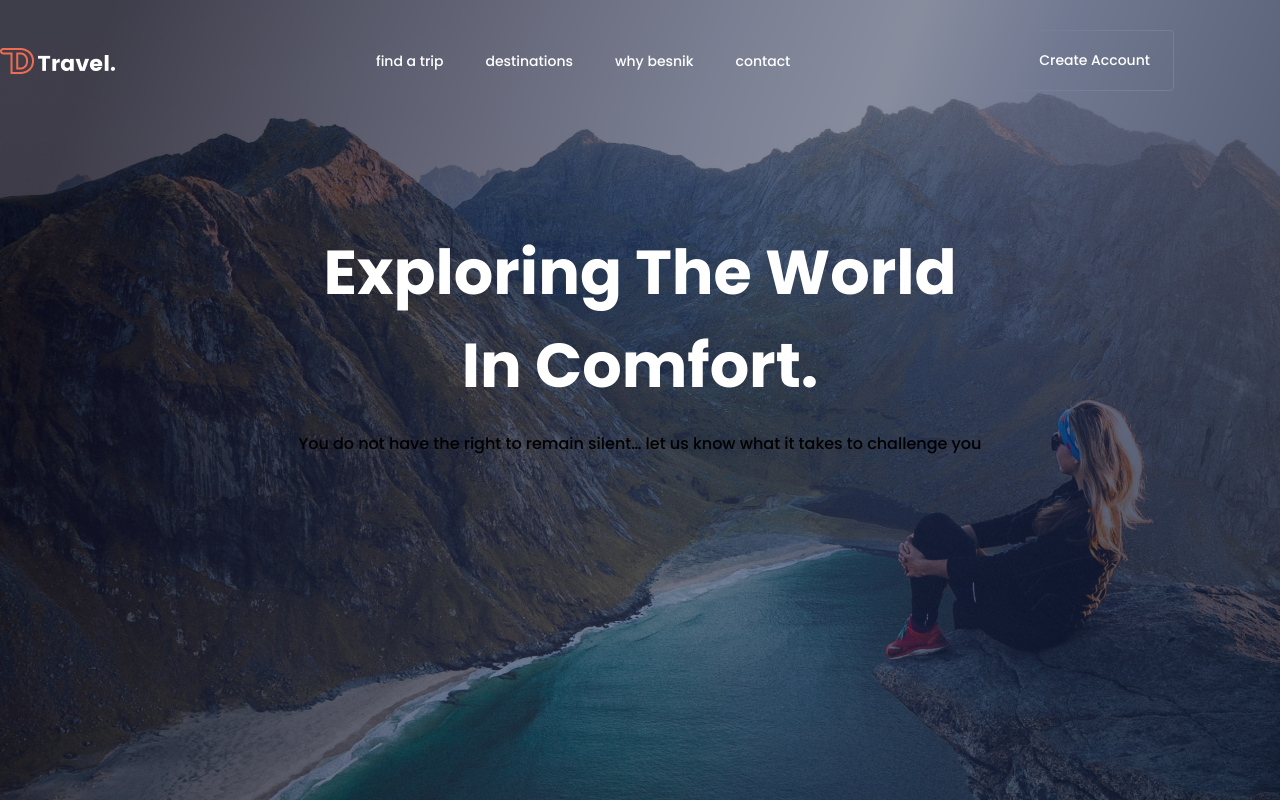
Repository: hoang0508/LandingPage-CodeTravel2
Page: index.html
An editor plug-in stored every save of this project. The page is shown before and after the next save, followed by the edit.
The browser window is 1280 px wide. The pictures show the whole page.
The style sheet was rebuilt from its Sass, Less or Tailwind sources for each picture, by a compiler version that may differ from the author's.

Above is the page before, as saved 2022-09-15 15:51:29.

### index.html
<!DOCTYPE html>
<html lang="en">
  <head>
    <meta charset="UTF-8" />
    <meta http-equiv="X-UA-Compatible" content="IE=edge" />
    <meta name="viewport" content="width=device-width, initial-scale=1.0" />
    <title>Travale LandingPage</title>
    <link rel="stylesheet" href="./css/style.css" />
  </head>
  <body>
    <div class="wrapper">
      <!-- HEADER -->
      <header class="header">
        <div class="container">
          <div class="header-main">
            <div class="header-logo">
              <img src="./images/Logo.png" alt="Logo" />
            </div>
            <nav class="header-menu">
              <ul class="header-menu--list">
                <li class="header-menu--item">
                  <a href="#" class="header-menu--link">FIND A TRIP</a>
                </li>
                <li class="header-menu--item">
                  <a href="#" class="header-menu--link">DESTINATIONS</a>
                </li>
                <li class="header-menu--item">
                  <a href="#" class="header-menu--link">WHY BESNIK</a>
                </li>
                <li class="header-menu--item">
                  <a href="#" class="header-menu--link">CONTACT</a>
                </li>
              </ul>
            </nav>
            <button class="button button-acount">Create Account</button>
          </div>

          <div class="header-content">
            <h1 class="header-content--title">
              Exploring The World In Comfort.
            </h1>
            <p class="header-content--desc">
              You do not have the right to remain silent… let us know what it
              takes to challenge you
            </p>
          </div>
        </div>
      </header>
    </div>
  </body>
</html>

### sass/main.scss
@import "reset";
@import "variable";
@import "typography";
@import "base";
@import "global";
@import "header";

### sass/_reset.scss
*,
*::before,
*::after {
  box-sizing: border-box;
}
* {
  margin: 0;
  padding: 0;
  font: inherit;
}
body {
  line-height: 1.5;
}
img,
picture,
video,
canvas,
svg {
  display: block;
  max-width: 100%;
}
input,
button,
textarea,
select {
  outline: none;
}
p,
h1,
h2,
h3,
h4,
h5,
h6 {
  overflow-wrap: break-word;
}

a {
  text-decoration: none;
}

ul,
li {
  list-style: none;
}

### sass/_variable.scss
$text-white: #fff;
$primary-color: #34a5e4;

### sass/_typography.scss
@font-face {
  font-family: "Poppins";
  src: url("../fonts/Poppins-Regular.ttf") format("opentype");
  font-style: normal;
  font-display: auto;
  font-weight: 400;
}

@font-face {
  font-family: "Poppins";
  src: url("../fonts/Poppins-Light.ttf") format("opentype");
  font-style: normal;
  font-display: auto;
  font-weight: 300;
}

@font-face {
  font-family: "Poppins";
  src: url("../fonts/Poppins-Medium.ttf") format("opentype");
  font-style: normal;
  font-display: auto;
  font-weight: 500;
}

@font-face {
  font-family: "Poppins";
  src: url("../fonts/Poppins-SemiBold.ttf") format("opentype");
  font-style: normal;
  font-display: auto;
  font-weight: 600;
}

@font-face {
  font-family: "Poppins";
  src: url("../fonts/Poppins-Thin.ttf") format("opentype");
  font-style: normal;
  font-display: auto;
  font-weight: 100;
}

@font-face {
  font-family: "Poppins";
  src: url("../fonts/Poppins-Bold.ttf") format("opentype");
  font-style: normal;
  font-display: auto;
  font-weight: 700;
}

### sass/_base.scss
body {
  font-family: "Poppins", sans-serif;
  font-weight: 500;
}

.wrapper {
  max-width: 1600px;
  margin: 0 auto;
}

.container {
  max-width: 1280px;
  margin: 0 auto;
}

### sass/_global.scss
button.button {
  display: inline-block;
  border: 0;
  cursor: pointer;
  color: $text-white;
  &-acount {
    background-color: transparent;
    padding: 19px 23px;
    border: 1.5px solid #777f96;
    border-radius: 4px;
    font-size: 14px;
  }
}

### sass/_header.scss
.header {
  background-image: url("../images/header-img.png");
  min-height: 800px;
  background-size: cover;
  background-repeat: repeat;
  padding-top: 30px;
  &-main {
    display: flex;
    align-items: center;
    margin-bottom: 135px;
  }
  &-logo {
    margin-right: 261px;
  }
  &-menu {
    &--list {
      display: flex;
      align-items: center;
      gap: 0 42px;
      margin-right: 225px;
    }
    &--link {
      color: $text-white;
      text-transform: lowercase;
      font-size: 14px;
    }
  }
  &-content {
    text-align: center;
    &--title {
      max-width: 640px;
      width: 100%;
      margin: 0 auto;
      font-size: 62px;
      font-weight: 700;
      color: $text-white;
      margin-bottom: 20px;
    }
  }
}

After the next save:
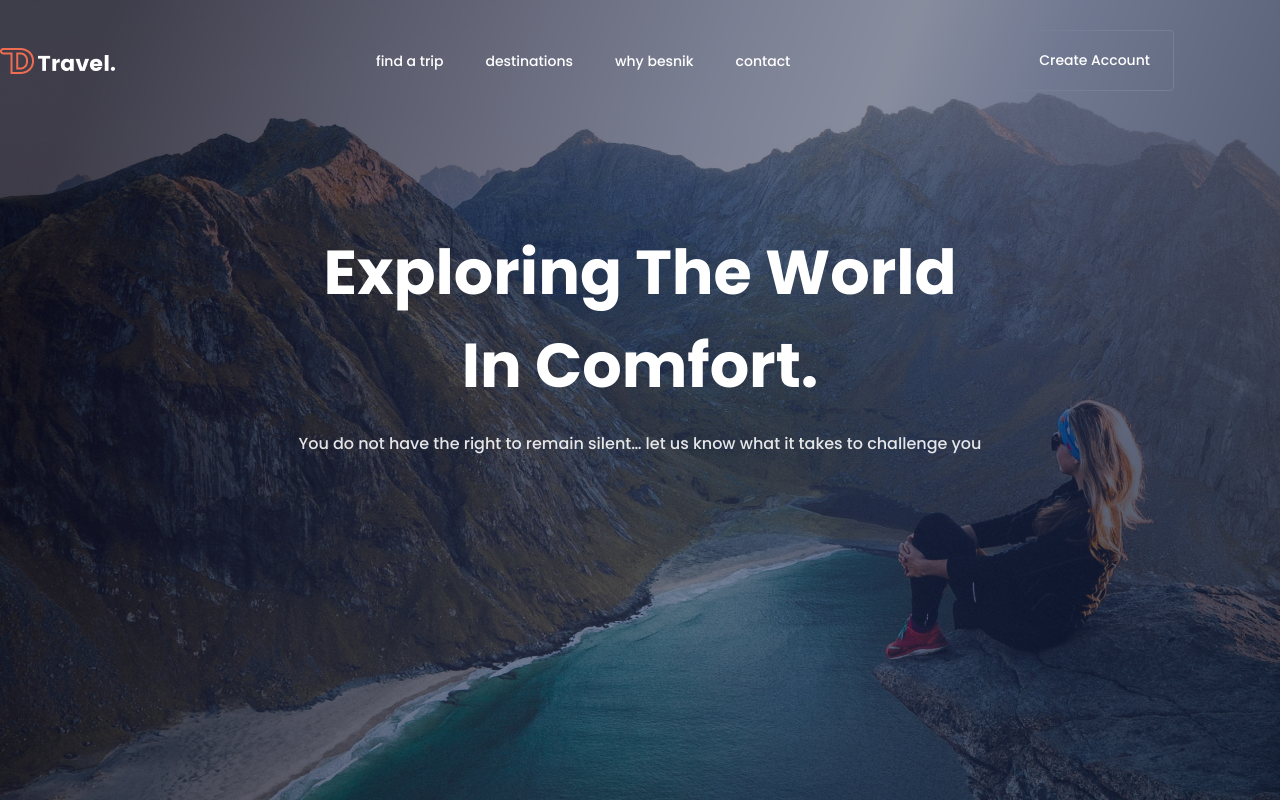
Saved 25 s later.
--- a/sass/_header.scss
+++ b/sass/_header.scss
@@ -36,5 +36,11 @@
       color: $text-white;
       margin-bottom: 20px;
     }
+    &--desc {
+      color: #ffffff;
+
+      mix-blend-mode: normal;
+      opacity: 0.88;
+    }
   }
 }
